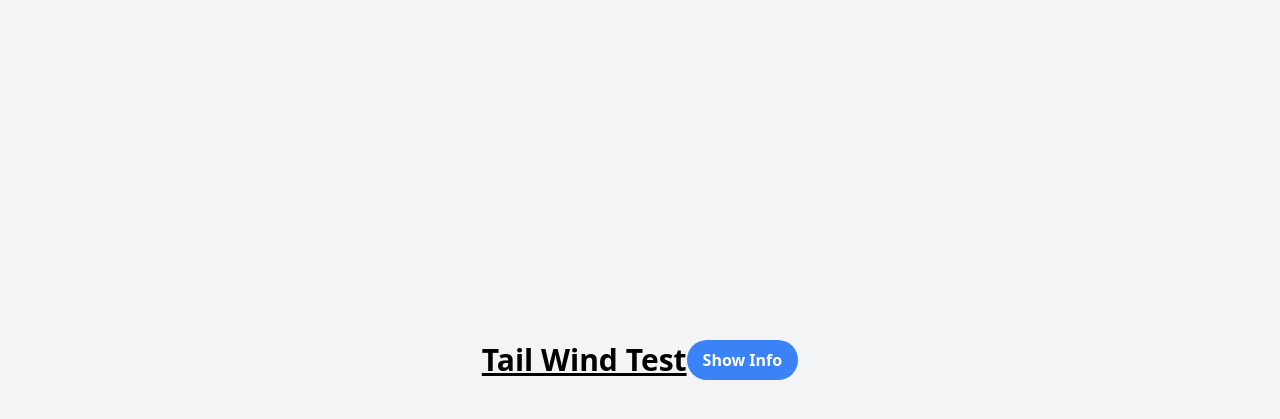
Repository: pawelpiwowarski/arweave-nft
Page: /
The author's editor kept a copy of each file at every save. The page is drawn from the files as they stood at one save, then again after the next save.
The browser window is 1280 px wide. The pictures show the whole page.
The project was rebuilt for these pictures with package versions that can differ from the ones it lists, and the page was loaded fresh each time. The framework's server and built-in components were replaced by stand-ins that run in the browser.

Above is the page before, as saved 2023-01-17 15:02:14.

### pages/_app.tsx
import '../styles/globals.css'

function MyApp({ Component, pageProps }) {
    return <Component {...pageProps} />
    }

export default MyApp

### pages/index.tsx
import { useState } from "react";
import getContract from '../configureWarpClient'


function HomePage() {
 const [address, setAddress] = useState<string | null>(null);
const [img, setImg] = useState<string | null>(null);
const [res, setRes] = useState<string | null>(null);
  async function handleLogin() {

    const {transactionId, contract} = await getContract();

    setImg(`https://arweave.net/${transactionId}`)

    setAddress(await window.arweaveWallet.getActiveAddress());

    // fetch the data from local endpoint
    const response = await fetch('http://localhost:3000/api/hello', {
      method: 'GET',
      headers: {
        'Content-Type': 'application/json'
      }
    });

    const {name} = (await response.json());
    setRes(name);
  }

  return (

       //centered div and apply nice background color
    <div className="flex justify-center items-center h-screen bg-gray-100">


      <h1 className="text-3xl font-bold underline" >Tail Wind Test</h1>
      <div>
            <button className="bg-blue-500 hover:bg-blue-700 text-white font-bold py-2 px-4 rounded-full" onClick={handleLogin}>Show Info</button>

      { address && <h1 className="text-3xl font-bold underline" >Address: {address}</h1>}
      { img && <img src={img} />}
    </div>
    </div>

  );
}

export default HomePage;

### configureWarpClient.js
import { WarpFactory } from "warp-contracts";

const transactionId = "o9u_KYD5-Tn-VRmeNAic0kdFqrLLz0bYgMu9COr7Gk0";

let warp;
let contract;

async function getContract() {
  warp = WarpFactory.forMainnet();

  // obtain the signature from the user who is using ArConnect wallet

  await window.arweaveWallet.connect([
    "ACCESS_ADDRESS",
    "SIGN_TRANSACTION",
    "SIGNATURE",
  ]);

  contract = warp.contract(transactionId).connect("use_wallet");

  console.log("contract", contract);
  return { transactionId, contract };
}

export default getContract;

Loaded but not shown: styles/globals.css (common file); tailwind.config.js (common file)

After the next save:
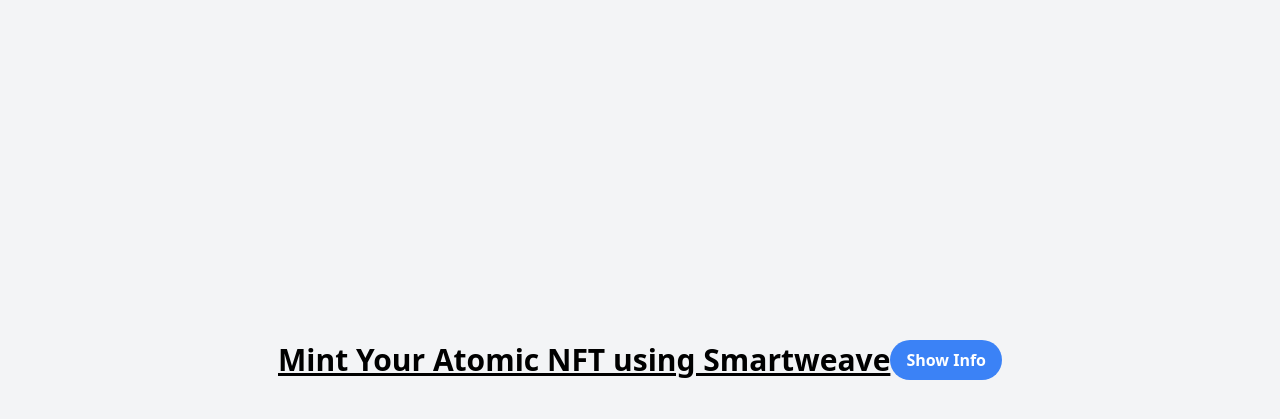
Saved 49 s later.
--- a/pages/index.tsx
+++ b/pages/index.tsx
@@ -32,7 +32,7 @@
     <div className="flex justify-center items-center h-screen bg-gray-100">
 
 
-      <h1 className="text-3xl font-bold underline" >Tail Wind Test</h1>
+      <h1 className="text-3xl font-bold underline" >Mint Your Atomic NFT using Smartweave </h1>
       <div>
             <button className="bg-blue-500 hover:bg-blue-700 text-white font-bold py-2 px-4 rounded-full" onClick={handleLogin}>Show Info</button>
 
